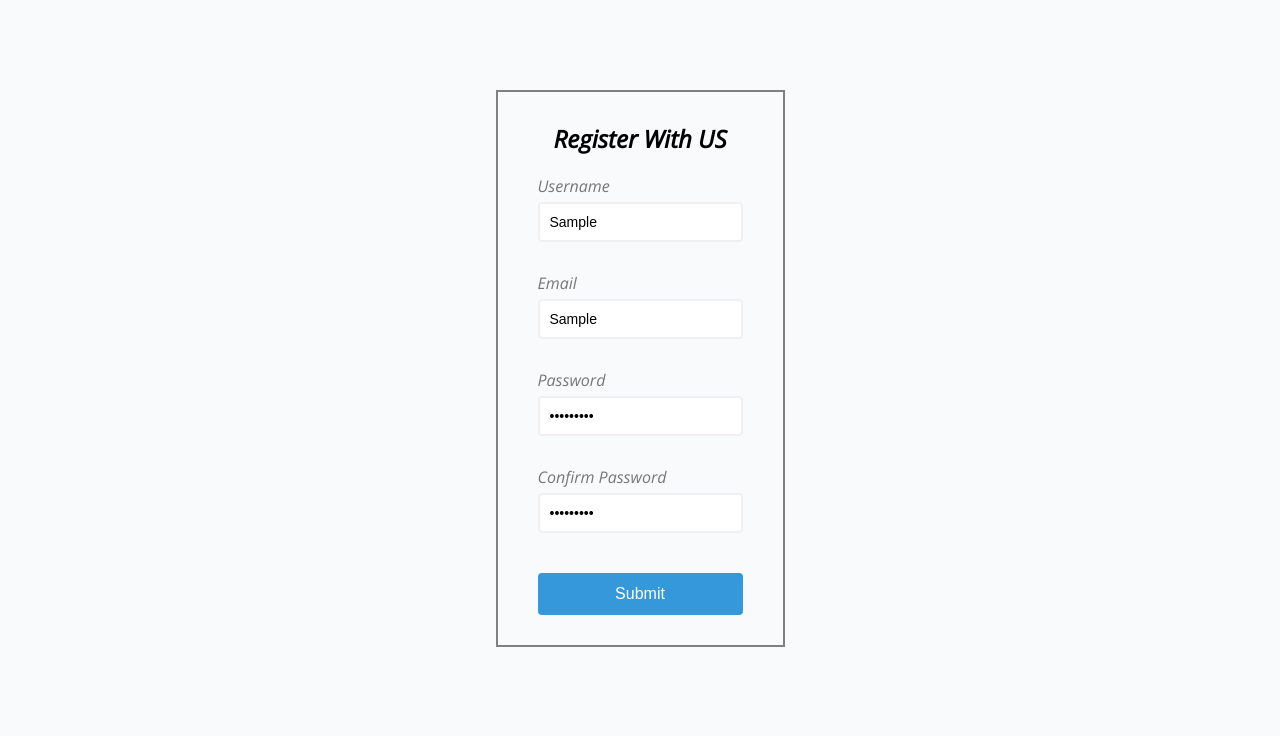
Repository: Izaya171/programming
Page: musicPlayer/index.html
These files come from the project's save history. The page is drawn as it stood at one moment and after the next save; the edit follows.
The browser window is 1280 px wide. The pictures show the whole page.
Empty fields were first filled with sample values (such as "Sample", 5 or name@example.com).
After loading, the first visible `#form` was submitted once.

Above is the page before, as saved 2021-09-18 12:52:38.
Console error: ReferenceError: showSuccess is not defined

### musicPlayer/index.html
<!DOCTYPE html>
<html lang="en">

<head>
    <meta charset="UTF-8">
    <meta http-equiv="X-UA-Compatible" content="IE=edge">
    <meta name="viewport" content="width=device-width, initial-scale=1.0">
    <link rel="stylesheet" href="styles.css" class="rel style">
    <title>Form Validator</title>
</head>

<body>
    <div class="container">
        <form id="form" class="form">
            <h2>Register With US</h2>
            <div class="form-control">
                <label for="username">Username</label>
                <input type="text" id="username" placeholder="Enter Username">
                <small>Error Message</small>
            </div>
            <div class="form-control">
                <label for="email">Email</label>
                <input type="text" id="email" placeholder="Enter Email">
                <small>Error Message</small>
            </div>
            <div class="form-control">
                <label for="password">Password</label>
                <input type="password" id="password" placeholder="Enter password">
                <small>Error Message</small>
            </div>
            <div class="form-control">
                <label for="password2">Confirm Password</label>
                <input type="password" id="password2" placeholder="Enter password again">
                <small>Error Message</small>
            </div>
            <button>Submit</button>
        </form>

    </div>

    <script src="script.js"></script>
</body>

</html>

### musicPlayer/styles.css
@import url('https://fonts.googleapis.com/css2?family=Open+Sans:ital,wght@1,300&display=swap');
:root {
    --success-color: #2ecc71;
    --error-color: #e74c3c;
}

* {
    box-sizing: border-box;
}

body {
    background-color: #f9fafb;
    font-family: 'Open Sans', sans-serif;
    display: flex;
    align-items: center;
    justify-content: center;
    min-height: 100vh;
}

container {
    background-color: #fff;
    border-radius: 5px;
    box-shadow: 0 2px 10px rgb(0, 0, 0, 0.3);
    width: 400px;
}

h2 {
    text-align: center;
    margin: 0 0 20px;
}

.form {
    padding: 30px 40px;
    border: 2px solid grey;
}

.form-control {
    margin-bottom: 10px;
    padding-bottom: 20px;
    position: relative;
}

.form-control label {
    color: #777;
    display: block;
    margin-bottom: 5px;
}

.form-control input {
    border: 2px solid #f0f0f0;
    border-radius: 4px;
    display: block;
    width: 100%;
    padding: 10px;
    font-size: 14px;
}

.form-control input:focus {
    outline: 0;
    border-color: #777
}

.form-control.success input {
    border-color: var(--success-color);
}

.form-control.error input {
    border-color: var(--error-color);
}

.form-control small {
    color: var(--error-color);
    position: absolute;
    bottom: 0;
    left: 0;
    visibility: hidden;
}

.form-control.error small {
    visibility: visible;
}

.form button {
    cursor: pointer;
    background-color: #3498db;
    border: 2px solid #3498db;
    border-radius: 4px;
    color: #fff;
    display: block;
    font-size: 16px;
    padding: 10px;
    margin-top: 20px;
    width: 100%;
}

### musicPlayer/script.js
const form = document.getElementById('form');
const username = document.getElementById('username');
const email = document.getElementById('email');
const password = document.getElementById('password');
const password2 = document.getElementById('password2');

// Show input error message
function showError(input, message) {
    const formControl = input.parentElement;
    formControl.className = 'form-control error';
    const small = formControl.querySelector('small');
    small.innerText = message;
}


// Event Listeners
form.addEventListener('submit', (e) => {
    e.preventDefault();

    if (username.value === '') {
        showError(username, 'Username is required');
    } else {
        showSuccess(username);
    }
});

After the next save:
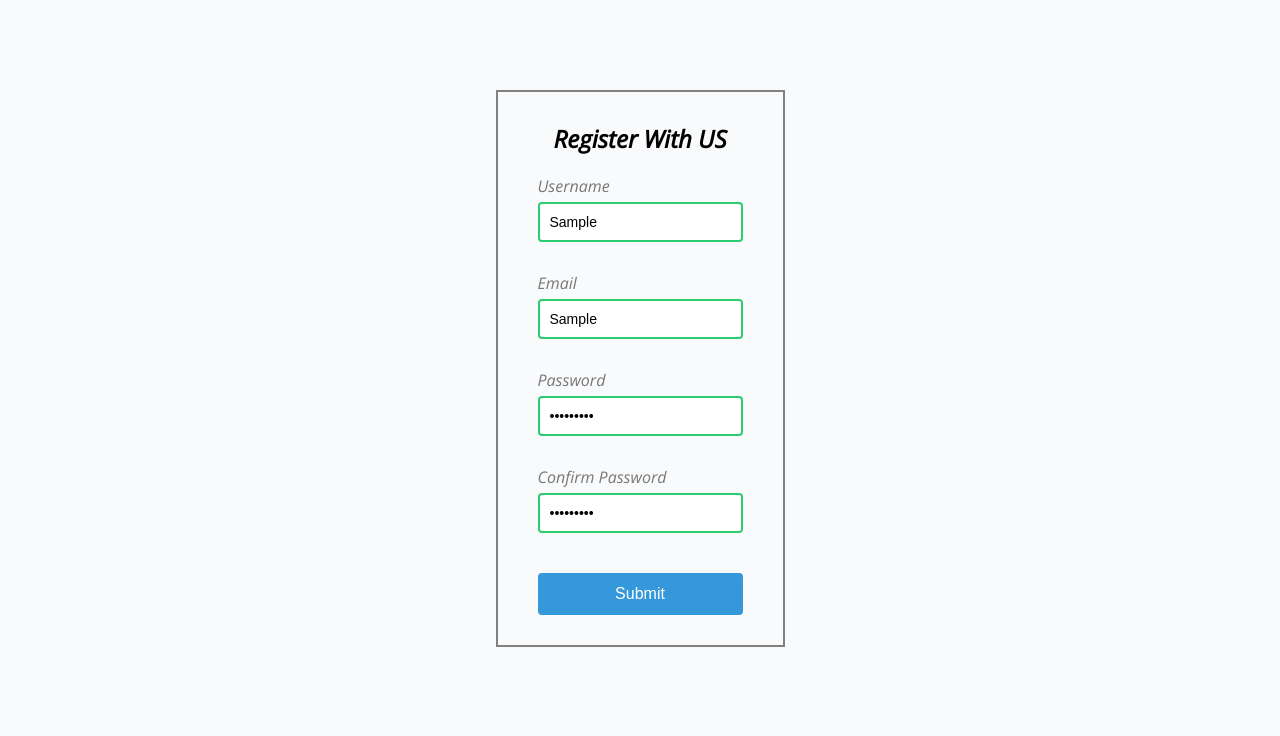
The error is gone.
Saved 22 min 30 s later.
--- a/musicPlayer/script.js
+++ b/musicPlayer/script.js
@@ -12,14 +12,31 @@ function showError(input, message) {
     small.innerText = message;
 }
 
+// Show success outline
+function showSuccess(input) {
+    const formControl = input.parentElement;
+    formControl.className = 'form-control success';
+}
+
+// Check required fields
+function checkRequired(inputArr) {
+    inputArr.forEach((input) => {
+        if (input.value.trim() === '') {
+            showError(input, `${getFieldName(input)} is Required`);
+        } else {
+            showSuccess(input);
+        }
+    })
+}
+
+// Get Field name
+function getFieldName(input) {
+    return input.id.charAt(0).toUpperCase() + input.id.slice(1);
+}
 
 // Event Listeners
 form.addEventListener('submit', (e) => {
     e.preventDefault();
 
-    if (username.value === '') {
-        showError(username, 'Username is required');
-    } else {
-        showSuccess(username);
-    }
+    checkRequired([username, email, password, password2])
 });
